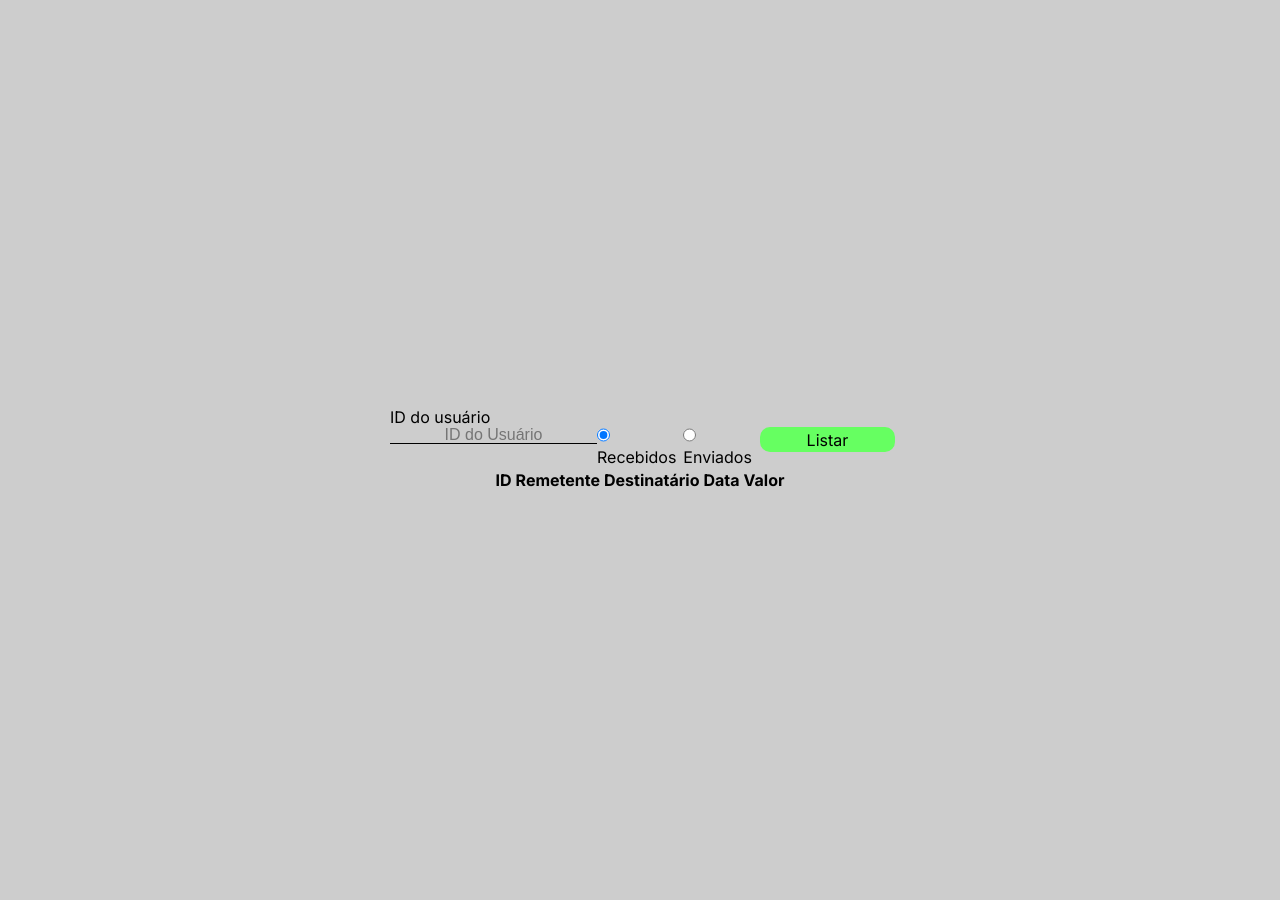
Repository: mateusilva8/tarefa-pix
Page: frontend/index.html
An editor plug-in stored every save of this project. The page is shown before and after the next save, followed by the edit.
The browser window is 1280 px wide. The pictures show the whole page.

Above is the page before, as saved 2023-10-22 14:53:37.

### frontend/index.html
<!DOCTYPE html>
<html lang="pt-BR">
<head>
  <meta charset="UTF-8">
  <meta name="viewport" content="width=device-width, initial-scale=1.0">
  <title>CRIE_TI PIX</title>
  <link rel="stylesheet" href="./css/index.css">
  <link rel="preconnect" href="https://fonts.googleapis.com">
  <link rel="preconnect" href="https://fonts.gstatic.com" crossorigin>
  <link href="https://fonts.googleapis.com/css2?family=Inter:wght@400;700&display=swap" rel="stylesheet">
</head>
<body>
  <div class="container">

    <div class="formulario">
      <form id="formulario">
        <label for="id">ID do usuário</label>
        <div class="formulario-body">
          <input class="idInput" type="number" placeholder="ID do Usuário" id="id"></input>
          <div class="formulario-select">
            <div class="form-check">
              <input class="form-check-input" type="radio" name="exampleRadios" id="exampleRadios1" value="received" checked>
              <label class="form-check-label" for="exampleRadios1">Recebidos</label>
            </div>

            <div class="form-check">
              <input class="form-check-input" type="radio" name="exampleRadios" id="exampleRadios2" value="sent">
              <label class="form-check-label" for="exampleRadios2">Enviados</label>
            </div>
            <button type="button" class="btn btn-success" id="botaoListar">Listar</button>
          </div>
        </div>
      </form>
    </div>

    <table class="table table-bordered">
      <thead>
        <tr>
          <th scope="col">ID</th>
          <th scope="col">Remetente</th>
          <th scope="col">Destinatário</th>
          <th scope="col">Data</th>
          <th scope="col">Valor</th>
        </tr>
      </thead>
      <tbody id="pix-list"></tbody>
    </table>
  </div>



  <script src="https://code.jquery.com/jquery-3.3.1.slim.min.js" integrity="sha384-q8i/X+965DzO0rT7abK41JStQIAqVgRVzpbzo5smXKp4YfRvH+8abtTE1Pi6jizo" crossorigin="anonymous"></script>
  <script src="https://cdnjs.cloudflare.com/ajax/libs/popper.js/1.14.3/umd/popper.min.js" integrity="sha384-ZMP7rVo3mIykV+2+9J3UJ46jBk0WLaUAdn689aCwoqbBJiSnjAK/l8WvCWPIPm49" crossorigin="anonymous"></script>
  <script src="./js/index.js"></script>
</body>
</html>

### frontend/css/index.css
body {
    margin: 0;
    padding: 0;
    font-family: 'Inter', sans-serif;
    background-color: #cdcdcd;
}


.container {
    display: flex;
    flex-direction: column;
    height: 700px;
    margin: 100px;
    justify-content: center;
    align-items: center;
}

.formulario form {
    align-items: center;
}

.formulario {
    font-size: 1rem;
    display: flex;
    flex-direction: row;
    align-items: center;
    width: 500px;
}

.formulario-body {
    display: flex;
    flex-direction: row;
}

.formulario-select {
    display: flex;
    flex-direction: row;
}

input[type=number]::-webkit-inner-spin-button,
    input[type=number]::-webkit-outer-spin-button {
        -webkit-appearance: none;
        margin: 0;
    }

input {
    height: 1rem;
    margin: 0;
    padding: 0;
    border: none;
    border-bottom: 1px solid #000;
    outline: none;
    font-size: 1rem;
    text-align: center;
    background-color: #cdcdcd;

    &:focus {
        border-bottom: 2px solid #00f;
    }
}

.btn {
    width: 150px;
    height: 25px;
    font-size: 1rem;
    font-family: 'Inter';
    font-weight: 400;
    background-color: rgb(102, 255, 97);
    border: 0;
    border-radius: 10px;
}

### frontend/js/index.js
let userId = document.getElementById('id');
let type = document.querySelector('#form-check-input:checked');

let form = document.getElementById('formulario');

let pixList = document.getElementById("pix-list");

async function getPixUsuario() {
    let payload = {
        userId: userId.value,
        type: form.exampleRadios.value,
      };

      console.log(JSON.stringify(payload));

      let resposta = await fetch(`http://localhost:3000/pix-api/pix/usuarios`, {
        method: 'POST',
        headers: {
            "Content-type" : 'application/json',
            "Acccept": 'appplication/json'
        },
        body: JSON.stringify(payload)
      });

      let listaPix = await resposta.json();

      console.log(listaPix);

    for (let pix of listaPix) {

      let tr = document.createElement("tr");
      let tdId = document.createElement("th");
      let tdRemetente = document.createElement("td");
      let tdDestinatario = document.createElement("td");
      let tdData = document.createElement("td");
      let tdValor = document.createElement("td");

      let id = pix.id;
      let remetente = pix.sender.name;
      let destinatario = pix.recipient.name;
      let data = pix.createdAt;
      let valor = `R$ ${pix.value}`;

      let dataHora = new Date(data);
      let dia = adicionarZero(dataHora.getDate());
      let mes = adicionarZero(dataHora.getMonth());
      let ano = adicionarZero(dataHora.getFullYear());
      let hora = `${adicionarZero(dataHora.getHours())}:${adicionarZero(dataHora.getMinutes())}`;

      let dataFormatada = `${dia}/${mes}/${ano} às ${hora}H`

      tdId.innerText = id;
      tdRemetente.innerText = remetente;
      tdDestinatario.innerText = destinatario;
      tdData.innerText = dataFormatada;
      tdValor.innerText = valor.replace('.',',');

      tr.appendChild(tdId);
      tr.appendChild(tdRemetente);
      tr.appendChild(tdDestinatario);
      tr.appendChild(tdData);
      tr.appendChild(tdValor);
      pixList.appendChild(tr);
    }
  }

  function adicionarZero (numero) {
    if(String(numero).length == 1) {
        numero = '0' + numero;
      }

    return numero;
  }

  let botaoListar = document.getElementById('botaoListar');
  botaoListar.addEventListener('click', () => {
    pixList.innerHTML = '';
    getPixUsuario();
  })

After the next save:
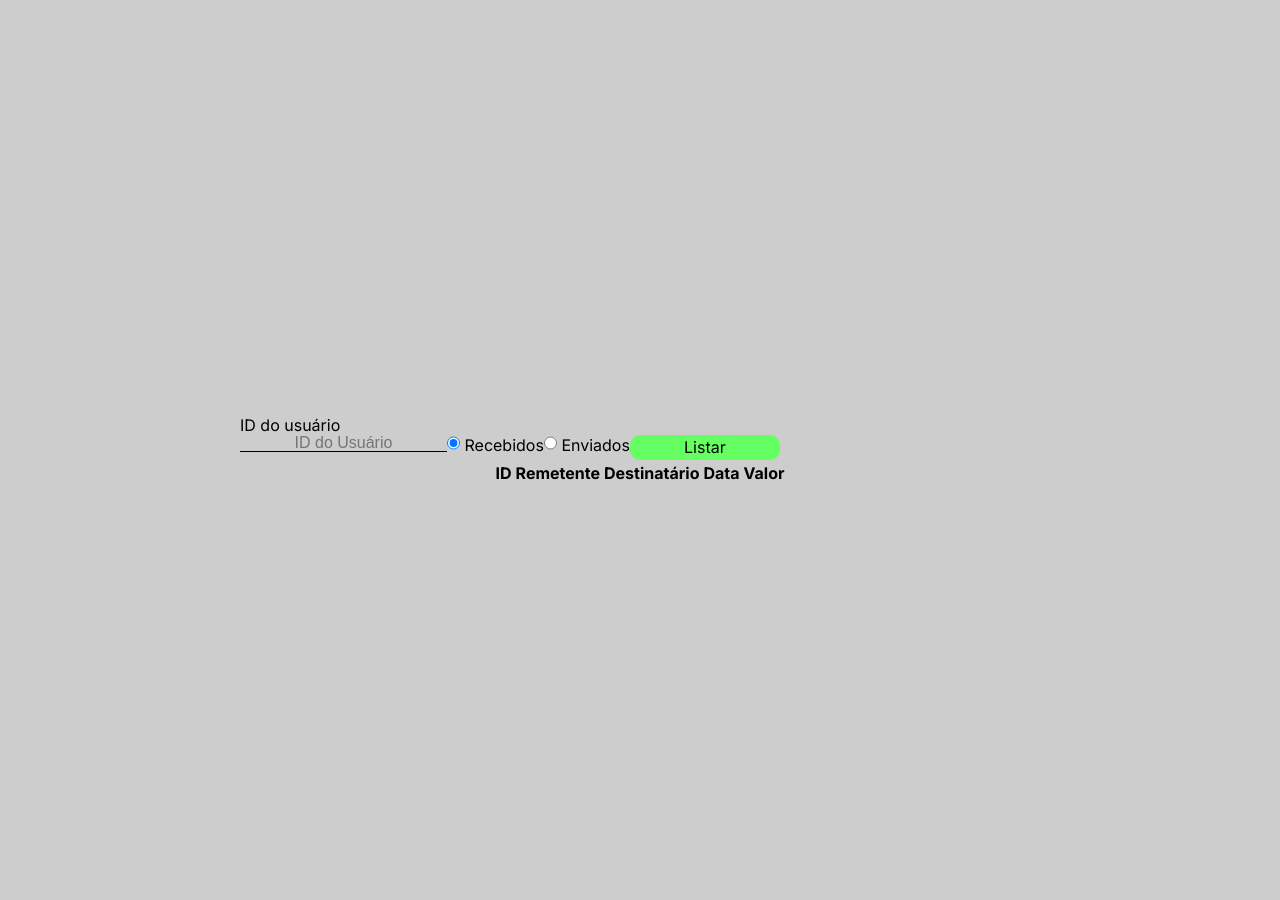
Saved 24 s later.
--- a/frontend/css/index.css
+++ b/frontend/css/index.css
@@ -24,7 +24,7 @@ body {
     display: flex;
     flex-direction: row;
     align-items: center;
-    width: 500px;
+    width: 800px;
 }
 
 .formulario-body {
